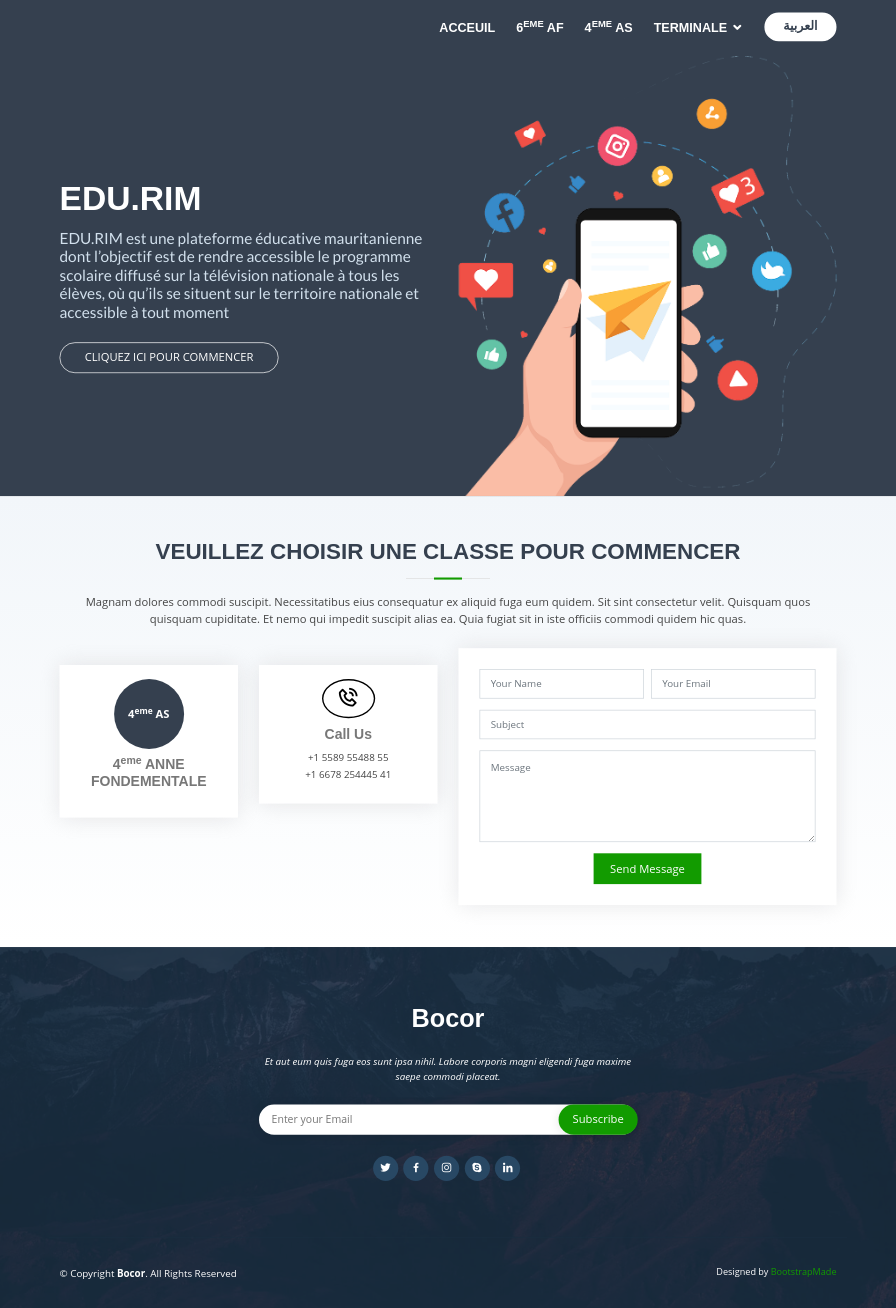
Repository: athiemohamed/courat
Page: http://localhost/
These files come from the project's save history. The page is drawn as it stood at one moment and after a run of saves; the edit follows.
The browser window is 1280 px wide. The pictures show the whole page, at 70% of full size.
Some web fonts or font styles are not loaded; a fallback is used. The page is run by PHP 8.4 with error messages shown; the project is at /var/www/html/. Other server files are loaded and not shown.

Above is the page before, as saved 2020-03-26 13:05:23.

### assets/css/style.css
/*--------------------------------------------------------------
# General
--------------------------------------------------------------*/
body {
  font-family: "Open Sans", sans-serif;
  color: #444444;
}

a {
  color: #129b00;
}

a:hover {
  color: #129b00;
  text-decoration: none;
}

h1, h2, h3, h4, h5, h6 {
  font-family: "Raleway", sans-serif;
}

/*--------------------------------------------------------------
# Back to top button
--------------------------------------------------------------*/
.back-to-top {
  position: fixed;
  display: none;
  width: 40px;
  height: 40px;
  border-radius: 50px;
  right: 15px;
  bottom: 15px;
  background: #129b00;
  color: #fff;
  transition: display 0.5s ease-in-out;
  z-index: 99999;
  transition: all ease-in-out 0.3s;
}

.back-to-top i {
  font-size: 24px;
  position: absolute;
  top: 8px;
  left: 8px;
}

.back-to-top:hover {
  color: #fff;
  background: #129b00;
}

/*--------------------------------------------------------------
# Header
--------------------------------------------------------------*/
#header {
  height: 80px;
  transition: all 0.5s;
  z-index: 997;
  transition: all 0.5s;
  padding: 16px 0;
  background: #35404f;
}

#header .logo h1 {
  font-size: 24px;
  margin: 0;
  padding: 10px 0;
  line-height: 1;
  font-weight: 700;
  letter-spacing: 3px;
  text-transform: uppercase;
  font-family: "Poppins", sans-serif;
}

#header .logo h1 a, #header .logo h1 a:hover {
  color: #fff;
  text-decoration: none;
}

#header .logo h1 a span, #header .logo h1 a:hover span {
  color: #129b00;
}

#header .logo img {
  padding: 0;
  margin: 0;
  max-height: 40px;
}

/*--------------------------------------------------------------
# Navigation Menu
--------------------------------------------------------------*/
/* Desktop Navigation */
.nav-menu, .nav-menu * {
  margin: 0;
  padding: 0;
  list-style: none;
}

.nav-menu > ul > li {
  position: relative;
  white-space: nowrap;
  float: left;
}

.nav-menu ul {
  border-radius: 6px;
}

.nav-menu a {
  display: block;
  position: relative;
  color: #fff;
  font-weight: bold;
  padding: 10px 15px;
  transition: 0.3s;
  font-size: 18px;
  font-family: 'Cairo', sans-serif;
  font-weight: bold;
}

.nav-menu a:hover, .nav-menu .active > a, .nav-menu li:hover > a {
  color: #fff;
  text-decoration: none;
}

.nav-menu .get-started a {
  background: #fff;
  font-size: 18px;
  font-family: 'Cairo', sans-serif;
  color: #35404f;
  border-radius: 50px;
  margin: 2px 0 0 15px;
  padding: 4px 25px 6px 25px;
  border: 2px solid #fff;
}

.nav-menu .get-started a:hover {
  background: #35404f;
  color: #fff;
  border: 1px solid #fff;
}

.nav-menu .drop-down ul {
  display: block;
  position: absolute;
  left: 0;
  top: calc(100% - 30px);
  z-index: 99;
  opacity: 0;
  visibility: hidden;
  padding: 10px 0;
  background: #fff;
  box-shadow: 0px 0px 30px rgba(127, 137, 161, 0.25);
  transition: ease all 0.3s;
}

.nav-menu .drop-down:hover > ul {
  opacity: 1;
  top: 100%;
  visibility: visible;
}

.nav-menu .drop-down li {
  min-width: 180px;
  position: relative;
}

.nav-menu .drop-down ul a {
  padding: 10px 20px;
  font-size: 14px;
  font-weight: 500;
  text-transform: none;
  color: #35404f;
}

.nav-menu .drop-down ul a:hover, .nav-menu .drop-down ul .active > a, .nav-menu .drop-down ul li:hover > a {
  color: #129b00;
}

.nav-menu .drop-down > a:after {
  content: "\ea99";
  font-family: IcoFont;
  padding-left: 5px;
}

.nav-menu .drop-down .drop-down ul {
  top: 0;
  left: calc(100% - 30px);
}

.nav-menu .drop-down .drop-down:hover > ul {
  opacity: 1;
  top: 0;
  left: 100%;
}

.nav-menu .drop-down .drop-down > a {
  padding-right: 35px;
}

.nav-menu .drop-down .drop-down > a:after {
  content: "\eaa0";
  font-family: IcoFont;
  position: absolute;
  right: 15px;
}

@media (max-width: 1366px) {
  .nav-menu .drop-down .drop-down ul {
    left: -90%;
  }
  .nav-menu .drop-down .drop-down:hover > ul {
    left: -100%;
  }
  .nav-menu .drop-down .drop-down > a:after {
    content: "\ea9d";
  }
}

/* Mobile Navigation */
.mobile-nav-toggle {
  position: fixed;
  right: 15px;
  top: 15px;
  z-index: 9998;
  border: 0;
  background: none;
  font-size: 24px;
  transition: all 0.4s;
  outline: none !important;
  line-height: 1;
  cursor: pointer;
  text-align: right;
}

.mobile-nav-toggle i {
  color: #fff;
}

.mobile-nav {
  position: fixed;
  top: 55px;
  right: 15px;
  bottom: 15px;
  left: 15px;
  z-index: 9999;
  overflow-y: auto;
  background: #fff;
  transition: ease-in-out 0.2s;
  opacity: 0;
  visibility: hidden;
  border-radius: 10px;
  padding: 10px 0;
}

.mobile-nav * {
  margin: 0;
  padding: 0;
  list-style: none;
}

.mobile-nav a {
  display: block;
  position: relative;
  color: #35404f;
  text-align: center;
  font-family: 'Cairo', sans-serif;
  font-weight: bold;
  padding: 10px 20px;
  outline: none;
  transition: 0.3s;
}

.mobile-nav a:hover, .mobile-nav .active > a, .mobile-nav li:hover > a {
  color: #129b00;
  text-decoration: none;
}

.mobile-nav .drop-down > a:after {
  content: "\ea99";
  font-family: IcoFont;
  padding-left: 10px;
  position: absolute;
  right: 15px;
}

.mobile-nav .active.drop-down > a:after {
  content: "\eaa1";
}

.mobile-nav .drop-down > a {
  text-align: center;
  font-family: 'Cairo', sans-serif;
  font-weight: bold;
}

.mobile-nav .drop-down ul {
  display: none;
  overflow: hidden;
}

.mobile-nav .drop-down li {
  text-align: center;
  font-family: 'Cairo', sans-serif;
}

.mobile-nav .get-started a {
  background: #35404f;
  color: #fff;
  font-family: 'Cairo', sans-serif;
  border-radius: 50px;
  margin: 15px;
  padding: 8px 25px 10px 25px;
  text-align: center;
}

.mobile-nav .get-started a:hover {
  background: #fff;
  color: #35404f;
  border: 1px solid #35404f;
}

.mobile-nav-overly {
  width: 100%;
  height: 100%;
  z-index: 9997;
  top: 0;
  left: 0;
  position: fixed;
  background: rgba(18, 33, 46, 0.6);
  overflow: hidden;
  display: none;
  transition: ease-in-out 0.2s;
}

.mobile-nav-active {
  overflow: hidden;
}

.mobile-nav-active .mobile-nav {
  opacity: 1;
  visibility: visible;
}

.mobile-nav-active .mobile-nav-toggle i {
  color: #fff;
}

/*--------------------------------------------------------------
# Hero Section
--------------------------------------------------------------*/
#hero {
  width: 100%;
  padding: 0 0 0 0;
  background: #35404f;
  background: linear-gradient(180deg, #35404f 0%, #35404f 35%, #35404f 100%);
}

#hero h1 {
  margin: 0 0 15px 0;
  font-size: 48px;
  font-weight: 700;
  line-height: 56px;
  color: #fff;
  font-family: "Cairo", sans-serif;
}

#hero h2 {
  font-family: 'Lato', sans-serif;
  color: #d2e0ed;
  margin-bottom: 30px;
  font-size: 22px;
}

#hero .btn-get-started {
  color: #fff;
  border-radius: 50px;
  padding: 8px 35px 10px 35px;
  border: 1px solid #fff;
  transition: all ease-in-out 0.3s;
  display: inline-block;
  background: #35404f;
}

#hero .btn-get-started:hover {
  background: #fff;
  color: #35404f;
}

@media (max-width: 991px) {
  #hero .hero-img {
    text-align: center;
  }
  #hero .hero-img img {
    width: 50%;
  }
}

@media (max-width: 768px) {
  #hero {
    -moz-text-align-last: center;
    text-align-last: center;
  }
  #hero h1 {
    font-size: 28px;
    line-height: 36px;
  }
  #hero h2 {
    font-size: 18px;
    line-height: 24px;
    margin-bottom: 30px;
  }
  #hero .hero-img img {
    width: 70%;
  }
}

@media (max-width: 575px) {
  #hero .hero-img img {
    width: 80%;
  }
}

/*--------------------------------------------------------------
# Sections General
--------------------------------------------------------------*/
section {
  padding: 60px 0;
  overflow: hidden;
}

.section-bg {
  background: linear-gradient(180deg, #f2f6fa 0%, #fff 100%);
}

.section-title {
  text-align: center;
  padding-bottom: 30px;
}

.section-title h2 {
  font-size: 32px;
  font-weight: 600;
  text-transform: uppercase;
  margin-bottom: 20px;
  padding-bottom: 20px;
  position: relative;
  font-family: "Poppins", sans-serif;
  color: #35404f;
}

.section-title h2::before {
  content: '';
  position: absolute;
  display: block;
  width: 120px;
  height: 1px;
  background: #ddd;
  bottom: 1px;
  left: calc(50% - 60px);
}

.section-title h2::after {
  content: '';
  position: absolute;
  display: block;
  width: 40px;
  height: 3px;
  background: #129b00;
  bottom: 0;
  left: calc(50% - 20px);
}

.section-title p {
  margin-bottom: 0;
}

/*--------------------------------------------------------------
# Clients
--------------------------------------------------------------*/
.clients {
  padding: 0;
}

.clients .client-logo {
  display: flex;
  justify-content: center;
  align-items: center;
  overflow: hidden;
  height: 120px;
}

.clients .client-logo img {
  height: 40px;
}

.clients .client-logo:hover img {
  transform: scale(1.2);
}

.clients img {
  transition: all 0.4s ease-in-out;
}

/*--------------------------------------------------------------
# About
--------------------------------------------------------------*/
.about .content {
  padding: 30px 0;
}

.about .content h3 {
  font-weight: 700;
  font-size: 34px;
  color: #35404f;
}

.about .content p {
  margin-bottom: 0;
}

.about .content .icon-box {
  margin-top: 25px;
}

.about .content .icon-box h4 {
  font-size: 20px;
  font-weight: 700;
  margin: 5px 0 10px 60px;
  color: #35404f;
}

.about .content .icon-box h4 a {
  color: #35404f;
  transition: 0.3s;
}

.about .content .icon-box h4 a:hover {
  color: #129b00;
}

.about .content .icon-box i {
  font-size: 48px;
  float: left;
  color: #129b00;
}

.about .content .icon-box p {
  font-size: 15px;
  color: #848484;
  margin-left: 60px;
}

.about .image {
  background: url("../img/about.jpg") center center no-repeat;
  background-size: cover;
  min-height: 400px;
}

@media (max-width: 667px) {
  .about .image img {
    max-width: 100%;
  }
}

/*--------------------------------------------------------------
# Services
--------------------------------------------------------------*/
.services {
  padding-bottom: 40px;
}

.services .card {
  border: 0;
  padding: 0 30px;
  margin-bottom: 60px;
  position: relative;
  background: transparent;
}

.services .card-img {
  width: calc(100% + 60px);
  margin-left: -30px;
  overflow: hidden;
  z-index: 9;
  border-radius: 0;
}

.services .card-img img {
  max-width: 100%;
  transition: all 0.3s ease-in-out;
}

.services .card-body {
  z-index: 10;
  background: #fff;
  border-top: 4px solid #fff;
  padding: 30px;
  box-shadow: 0px 2px 15px rgba(0, 0, 0, 0.1);
  margin-top: -60px;
  transition: 0.3s;
}

.services .card-title {
  font-weight: 700;
  text-align: center;
  margin-bottom: 20px;
}

.services .card-title a {
  color: #35404f;
  transition: 0.3s;
}

.services .card-text {
  color: #5e5e5e;
}

.services .read-more a {
  color: #777777;
  text-transform: uppercase;
  font-weight: 600;
  font-size: 12px;
  transition: 0.3s;
}

.services .read-more a:hover {
  color: #129b00;
}

.services .card:hover img {
  transform: scale(1.1);
}

.services .card:hover .card-body {
  border-color: #129b00;
}

.services .card:hover .card-body .card-title a {
  color: #129b00;
}

/*--------------------------------------------------------------
# Features
--------------------------------------------------------------*/
.features .content + .content {
  margin-top: 100px;
}

.features .content h3 {
  font-weight: 700;
  font-size: 26px;
  color: #35404f;
}

.features .content ul {
  list-style: none;
  padding: 0;
}

.features .content ul li {
  padding-bottom: 10px;
}

.features .content ul i {
  font-size: 20px;
  padding-right: 4px;
  color: #129b00;
}

.features .content p:last-child {
  margin-bottom: 0;
}

/*--------------------------------------------------------------
# Portfolio
--------------------------------------------------------------*/
.portfolio .portfolio-item {
  margin-bottom: 30px;
}

.portfolio #portfolio-flters {
  padding: 0;
  margin: 0 0 35px 0;
  list-style: none;
  text-align: center;
}

.portfolio #portfolio-flters li {
  cursor: pointer;
  margin: 0 5px 5px 0;
  display: inline-block;
  padding: 10px 15px;
  font-size: 16px;
  font-weight: 600;
  line-height: 20px;
  color: #444444;
  margin-bottom: 5px;
  transition: all 0.3s ease-in-out;
}

.portfolio #portfolio-flters li:hover, .portfolio #portfolio-flters li.filter-active {
  color: #129b00;
}

.portfolio #portfolio-flters li:last-child {
  margin-right: 0;
}

.portfolio .portfolio-wrap {
  transition: 0.3s;
  position: relative;
  overflow: hidden;
  border-radius: 8px;
  z-index: 1;
}

.portfolio .portfolio-wrap::before {
  content: "";
  background: rgba(33, 59, 82, 0.6);
  position: absolute;
  left: 100%;
  right: 0;
  top: 0;
  bottom: 0;
  transition: all ease-in-out 0.3s;
  z-index: 2;
}

.portfolio .portfolio-wrap img {
  transition: 0.3s;
}

.portfolio .portfolio-wrap .portfolio-links {
  opacity: 0;
  left: 0;
  right: 0;
  top: calc(50% - 36px);
  text-align: center;
  z-index: 3;
  position: absolute;
  transition: all ease-in-out 0.3s;
}

.portfolio .portfolio-wrap .portfolio-links a {
  color: #129b00;
  font-size: 24px;
  line-height: 1;
  text-align: center;
  width: 36px;
  height: 36px;
  display: inline-block;
  transition: 0.3s;
}

.portfolio .portfolio-wrap .portfolio-links a:hover {
  color: #fff;
}

.portfolio .portfolio-wrap .portfolio-info {
  opacity: 0;
  position: absolute;
  bottom: -20px;
  left: 0;
  right: 0;
  text-align: center;
  z-index: 3;
  transition: all ease-in-out 0.3s;
}

.portfolio .portfolio-wrap .portfolio-info h4 {
  font-size: 20px;
  color: #fff;
  font-weight: 600;
}

.portfolio .portfolio-wrap .portfolio-info p {
  color: #ffffff;
  font-size: 14px;
  text-transform: uppercase;
}

.portfolio .portfolio-wrap:hover::before {
  left: 0;
}

.portfolio .portfolio-wrap:hover .portfolio-links {
  opacity: 1;
  top: calc(50% - 18px);
}

.portfolio .portfolio-wrap:hover .portfolio-info {
  opacity: 1;
  bottom: 0;
}

/*--------------------------------------------------------------
# Team
--------------------------------------------------------------*/
.team .member {
  text-align: center;
  margin-bottom: 20px;
}

.team .member .pic {
  margin-bottom: 15px;
  overflow: hidden;
  min-height: 260px;
}

.team .member .pic img {
  max-width: 100%;
}

.team .member h4 {
  font-weight: 700;
  margin-bottom: 2px;
  font-size: 18px;
  color: #35404f;
}

.team .member span {
  font-style: italic;
  display: block;
  font-size: 13px;
}

.team .member .social {
  margin-top: 15px;
}

.team .member .social a {
  color: #5289ba;
  transition: 0.3s;
}

.team .member .social a:hover {
  color: #129b00;
}

.team .member .social i {
  font-size: 18px;
  margin: 0 2px;
}

/*--------------------------------------------------------------
# Pricing
--------------------------------------------------------------*/
.pricing .row {
  padding-top: 40px;
}

.pricing .box {
  padding: 40px;
  margin-bottom: 30px;
  box-shadow: 0px 0px 30px rgba(73, 78, 92, 0.15);
  background: #fff;
  text-align: center;
  position: relative;
}

.pricing .featured-badge {
  display: inline-block;
  position: absolute;
  top: -11px;
  left: calc(50% - 49px);
  background: #129b00;
  color: #fff;
  text-align: center;
  line-height: 1;
  border-radius: 50px;
  padding: 4px 20px 5px 20px;
  font-size: 12px;
  text-transform: uppercase;
}

.pricing h3 {
  font-weight: 300;
  margin-bottom: 15px;
  font-size: 28px;
}

.pricing h4 {
  font-size: 46px;
  color: #129b00;
  font-weight: 400;
  font-family: "Open Sans", sans-serif;
  margin-bottom: 25px;
}

.pricing h4 span {
  color: #bababa;
  font-size: 18px;
  display: block;
}

.pricing ul {
  padding: 0;
  list-style: none;
  color: #999;
  text-align: left;
  line-height: 20px;
}

.pricing ul li {
  padding-bottom: 12px;
}

.pricing ul i {
  color: #129b00;
  font-size: 18px;
  padding-right: 4px;
}

.pricing ul .na {
  color: #ccc;
}

.pricing ul .na i {
  color: #ccc;
}

.pricing ul .na span {
  text-decoration: line-through;
}

.pricing .get-started-btn {
  background: #35404f;
  display: inline-block;
  padding: 6px 30px;
  border-radius: 20px;
  color: #fff;
  transition: none;
  font-size: 14px;
  font-weight: 400;
  font-family: "Raleway", sans-serif;
  transition: 0.3s;
}

.pricing .get-started-btn:hover {
  background: #129b00;
}

.pricing .featured {
  z-index: 10;
  margin: -30px -5px 0 -5px;
  border: 1px solid #129b00;
}

.pricing .featured .get-started-btn {
  background: #129b00;
}

.pricing .featured .get-started-btn:hover {
  background: #fdcd5c;
}

@media (max-width: 992px) {
  .pricing .box {
    max-width: 60%;
    margin: 0 auto 30px auto;
  }
}

@media (max-width: 767px) {
  .pricing .box {
    max-width: 80%;
    margin: 0 auto 30px auto;
  }
}

@media (max-width: 420px) {
  .pricing .box {
    max-width: 100%;
    margin: 0 auto 30px auto;
  }
}

/*--------------------------------------------------------------
# Frequently Asked Questions
--------------------------------------------------------------*/
.faq .faq-item {
  margin: 20px 0;
  padding: 20px 0;
  border-bottom: 1px solid #dde8f1;
}

.faq .faq-item i {
  color: #9bbbd7;
  font-size: 20px;
  float: left;
  line-height: 0;
  padding: 13px 0 0 0;
  margin: 0;
}

.faq .faq-item h4 {
  font-size: 16px;
  line-height: 26px;
  font-weight: 500;
  margin: 0 0 10px 28px;
  font-family: "Poppins", sans-serif;
}

.faq .faq-item p {
  font-size: 15px;
}

/*--------------------------------------------------------------
# Contact
--------------------------------------------------------------*/
.contact .info-box {
  color: #444444;
  text-align: center;
  box-shadow: 0 0 30px rgba(214, 215, 216, 0.6);
  padding: 20px 0 30px 0;
  background: #fff;
}

.contact .info-box i {
    border-radius: 50%;
    behavior: url(PIE.htc); /* remove if you don't care about IE8 */
    width: 76px;
    height: 56px;
    padding: 8px;
    background: #fff;
    border: 2px solid black;
    color: black;
    text-align: center;
    font: 32px Arial, sans-serif;
    display: inline-block;
}

.contact .circle-badge {
  height: 100px;
  width: 100px;
  line-height:100px;
  text-align: center;
  border-radius: 50px;
  background: #35404f;
  color:white;
  margin-left:auto;
  margin-right:auto;
}

.contact .info-box h3 {
  font-size: 20px;
  color: #777777;
  font-weight: 700;
  margin: 10px 0;
}

.contact .info-box p {
  padding: 0;
  line-height: 24px;
  font-size: 14px;
  margin-bottom: 0;
}

.contact .php-email-form {
  box-shadow: 0 0 30px rgba(214, 215, 216, 0.6);
  padding: 30px;
  background: #fff;
}

.contact .php-email-form .validate {
  display: none;
  color: red;
  margin: 0 0 15px 0;
  font-weight: 400;
  font-size: 13px;
}

.contact .php-email-form .error-message {
  display: none;
  color: #fff;
  background: #ed3c0d;
  text-align: center;
  padding: 15px;
  font-weight: 600;
}

.contact .php-email-form .sent-message {
  display: none;
  color: #fff;
  background: #18d26e;
  text-align: center;
  padding: 15px;
  font-weight: 600;
}

.contact .php-email-form .loading {
  display: none;
  background: #fff;
  text-align: center;
  padding: 15px;
}

.contact .php-email-form .loading:before {
  content: "";
  display: inline-block;
  border-radius: 50%;
  width: 24px;
  height: 24px;
  margin: 0 10px -6px 0;
  border: 3px solid #18d26e;
  border-top-color: #eee;
  -webkit-animation: animate-loading 1s linear infinite;
  animation: animate-loading 1s linear infinite;
}

.contact .php-email-form input, .contact .php-email-form textarea {
  border-radius: 0;
  box-shadow: none;
  font-size: 14px;
}

.contact .php-email-form input::focus, .contact .php-email-form textarea::focus {
  background-color: #129b00;
}

.contact .php-email-form input {
  padding: 20px 15px;
}

.contact .php-email-form textarea {
  padding: 12px 15px;
}

.contact .php-email-form button[type="submit"] {
  background: #129b00;
  border: 0;
  padding: 10px 24px;
  color: #fff;
  transition: 0.4s;
}

.contact .php-email-form button[type="submit"]:hover {
  background: #fdd067;
}

@-webkit-keyframes animate-loading {
  0% {
    transform: rotate(0deg);
  }
  100% {
    transform: rotate(360deg);
  }
}

@keyframes animate-loading {
  0% {
    transform: rotate(0deg);
  }
  100% {
    transform: rotate(360deg);
  }
}

/*--------------------------------------------------------------
# Footer
--------------------------------------------------------------*/
#footer {
  background: url("../img/footer-bg.jpg") center center no-repeat;
  color: #fff;
  font-size: 14px;
  position: relative;
}

#footer::before {
  content: "";
  position: absolute;
  left: 0;
  right: 0;
  top: 0;
  bottom: 0;
  background: rgba(26, 46, 64, 0.85);
  z-index: 1;
}

#footer .footer-top {
  position: relative;
  z-index: 2;
  text-align: center;
  padding: 80px 0;
}

#footer .footer-top h3 {
  font-size: 36px;
  font-weight: 700;
  color: #fff;
  position: relative;
  font-family: "Poppins", sans-serif;
  padding-bottom: 0;
  margin-bottom: 0;
}

#footer .footer-top p {
  font-size: 15;
  font-style: italic;
  margin: 30px 0 0 0;
  padding: 0;
}

#footer .footer-top .footer-newsletter {
  text-align: center;
  font-size: 15px;
  margin-top: 30px;
}

#footer .footer-top .footer-newsletter form {
  background: #fff;
  padding: 6px 10px;
  position: relative;
  border-radius: 50px;
  box-shadow: 0px 2px 15px rgba(0, 0, 0, 0.1);
  text-align: left;
}

#footer .footer-top .footer-newsletter form input[type="email"] {
  border: 0;
  padding: 4px 8px;
  width: calc(100% - 100px);
}

#footer .footer-top .footer-newsletter form input[type="submit"] {
  position: absolute;
  top: 0;
  right: -1px;
  bottom: 0;
  border: 0;
  background: none;
  font-size: 16px;
  padding: 0 20px;
  background: #129b00;
  color: #fff;
  transition: 0.3s;
  border-radius: 50px;
  box-shadow: 0px 2px 15px rgba(0, 0, 0, 0.1);
}

#footer .footer-top .footer-newsletter form input[type="submit"]:hover {
  background: #fcb102;
}

#footer .footer-top .social-links {
  margin-top: 30px;
}

#footer .footer-top .social-links a {
  font-size: 18px;
  display: inline-block;
  background: #284864;
  color: #fff;
  line-height: 1;
  padding: 8px 0;
  margin-right: 4px;
  border-radius: 50%;
  text-align: center;
  width: 36px;
  height: 36px;
  transition: 0.3s;
}

#footer .footer-top .social-links a:hover {
  background: #fcb102;
  color: #fff;
  text-decoration: none;
}

#footer .footer-bottom {
  border-top: 1px solid #1a2e40;
  z-index: 2;
  position: relative;
  padding-top: 40px;
  padding-bottom: 40px;
}

#footer .copyright {
  text-align: center;
  float: left;
}

#footer .credits {
  float: right;
  text-align: center;
  font-size: 13px;
}

@media (max-width: 768px) {
  #footer .copyright, #footer .credits {
    padding: 5px;
    float: none;
    text-align: ceneter;
  }
}









/* CUSTOM */
.rounded-number {
  border-radius: 50%;
  behavior: url(PIE.htc); /* remove if you don't care about IE8 */
  width: 36px;
  height: 36px;
  padding: 8px;
  background: #fff;
  border: 2px solid black;
  color: black;
  text-align: center;
  font: 32px Arial, sans-serif;
  display: inline-block;
}

Loaded but not shown: assets/js/main.js (117 lines, source omitted); index.php (272 lines, source omitted)

After the next 2 saves:
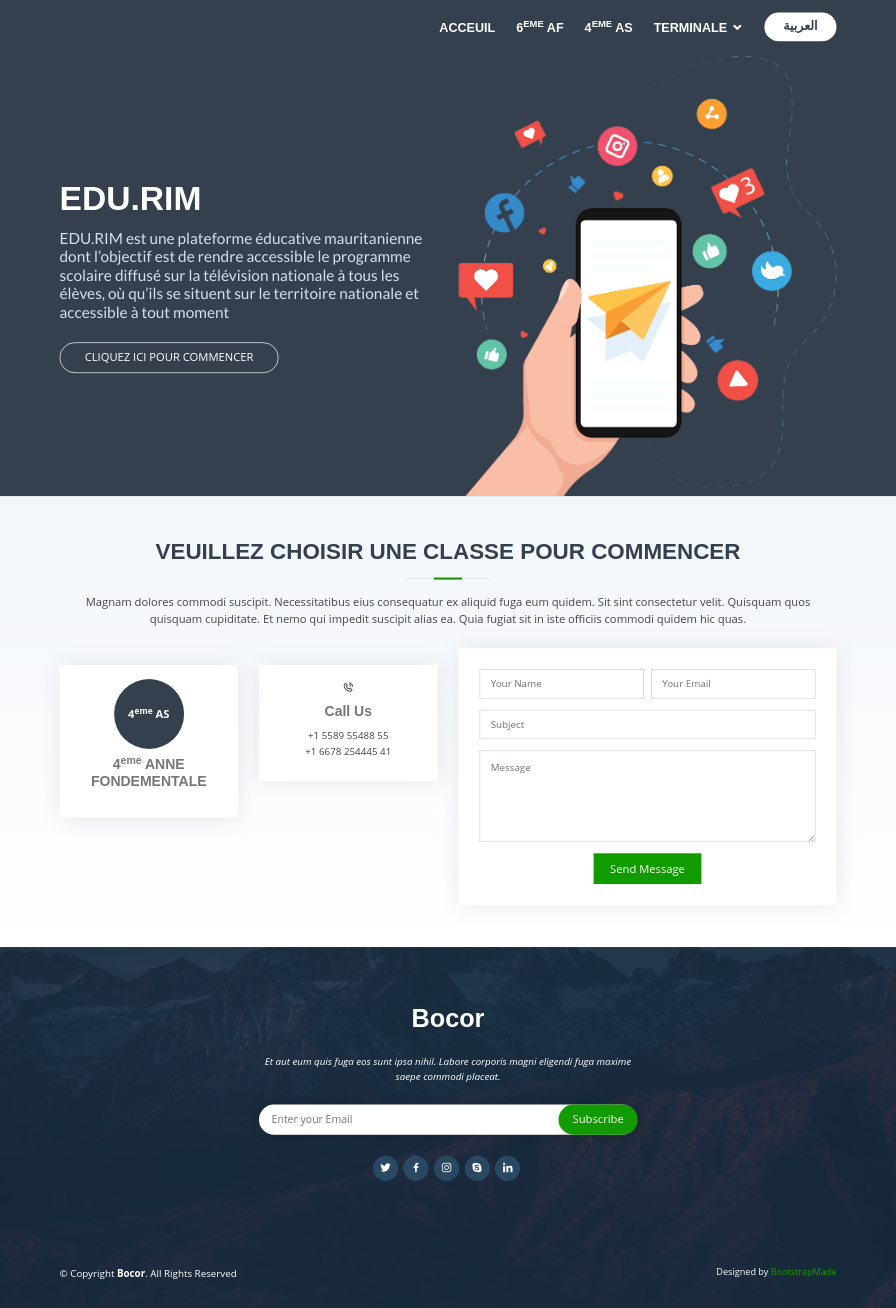
The 2 saves are shown as one change because they came seconds apart.
The last was saved 16 s later.
--- a/assets/css/style.css
+++ b/assets/css/style.css
@@ -1018,20 +1018,6 @@ section {
   background: #fff;
 }
 
-.contact .info-box i {
-    border-radius: 50%;
-    behavior: url(PIE.htc); /* remove if you don't care about IE8 */
-    width: 76px;
-    height: 56px;
-    padding: 8px;
-    background: #fff;
-    border: 2px solid black;
-    color: black;
-    text-align: center;
-    font: 32px Arial, sans-serif;
-    display: inline-block;
-}
-
 .contact .circle-badge {
   height: 100px;
   width: 100px;
